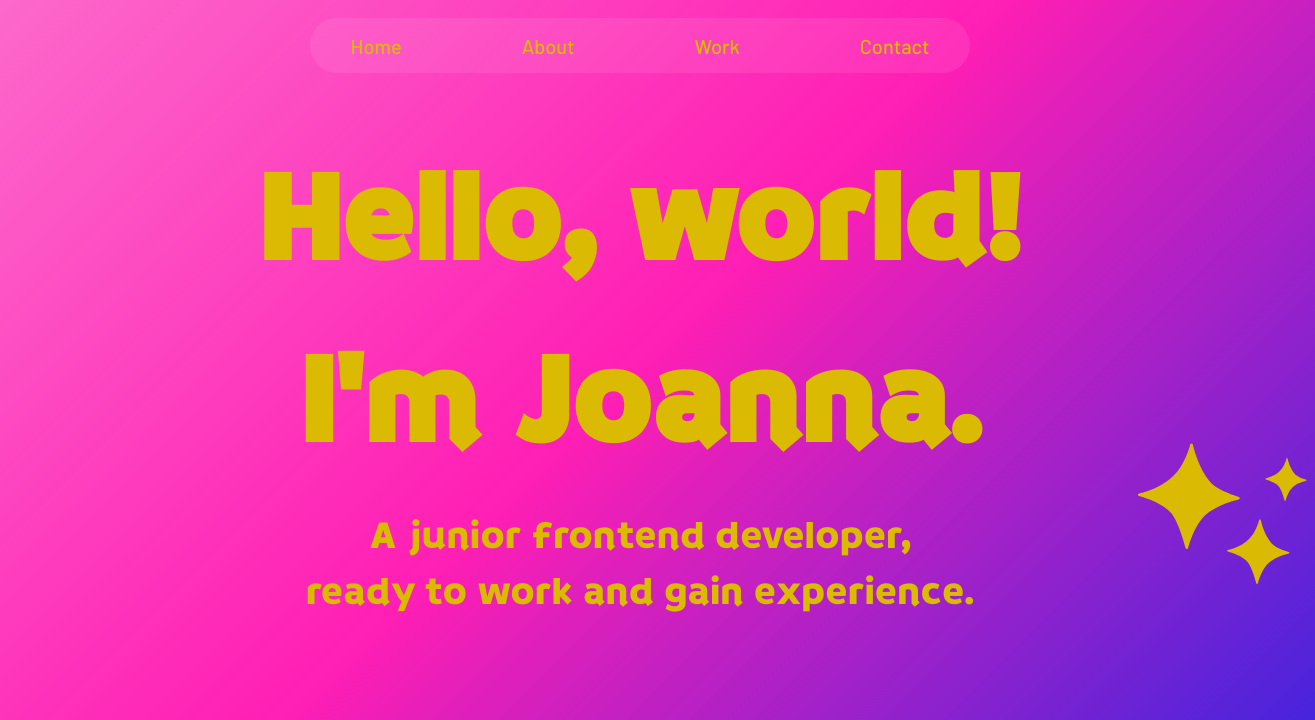
Repository: JJonka/portfolio_site
Page: /
These files come from the project's save history. The page is drawn as it stood at one moment and after the next save; the edit follows.
The browser window is 1280 px wide. The page is 1315 px wide, so the pictures cover 1315 px, including what lies to the right of the window. The pictures show the whole page.
The project was rebuilt for these pictures with package versions that can differ from the ones it lists, and the page was loaded fresh each time. Also part of the build but not shown: vite.config.ts, src/components/EndOfSection.module.scss, src/components/EndOfSection.tsx, src/pages/About.tsx, src/components/LogoIcon.module.scss, src/components/LogoIcon.tsx, src/pages/Contact.tsx, src/pages/Work.module.scss and 1 more.

Above is the page before, as saved 2023-10-08 12:30:21.

### index.html
<!doctype html>
<html lang="en">
  <head>
    <meta charset="UTF-8" />
    <link rel="icon" href="./src/assets/jj_logo.svg">
    <meta name="viewport" content="width=device-width, initial-scale=1.0" />
    <title>Joanna Jurasz - software developer</title>
  </head>
  <body>
    <div id="root"></div>
    <script type="module" src="/src/index.tsx"></script>
  </body>
</html>

### src/index.tsx
import React from 'react';
import ReactDOM from 'react-dom/client';
import App from './App';
import { BrowserRouter } from 'react-router-dom';


const root = ReactDOM.createRoot( document.getElementById('root') as HTMLElement);

root.render(
  <BrowserRouter>
    <App />
  </BrowserRouter>
);

### src/App.tsx
import { Routes, Route } from 'react-router-dom';
import HomePage from './pages/HomePage';
import About from './pages/About';
import Contact from './pages/Contact';
import Work from './pages/Work';
import './App.css'


const App = () => {
    return (
      <div>
      <div className='mainBackground' />
      <div className='layer1' />
      <div className='layer2' />

      <Routes>
        <Route path='/' element={ <HomePage /> } />
        <Route path='/about' element={ <About /> } />
        <Route path='/work' element={ <Work /> } />
        <Route path='/contact' element={ <Contact /> }/>
      </Routes>
      </div>
    )
}

export default App;

### src/pages/HomePage.tsx
import Menu from "../components/Menu";
import styles from "./HomePage.module.scss"

const  HomePage = () => {
    return (
      <div className={styles.card}>

        <div className={styles.container}>
        <Menu></Menu>

          <h1 className={styles.header}>Hello, world!<br />I'm Joanna.</h1>
          <h2 className={styles.introduction}>A junior frontend developer, <br />ready to work and gain experience.</h2>
          <img src="..\src\assets\stars.svg" className={styles.imgBottom}></img>
        </div>
      </div>
    )
}

export default HomePage;

### src/App.css
@font-face {
  font-family: 'Barlow-Light';
  src: url(/fonts/Barlow-Light.ttf);
}

@font-face {
	font-family: 'Barlow-Regular' ;
	src: url(/fonts/Barlow-Regular.ttf);
}

body {
	display: flex;
	flex-direction: column;
    align-items: center;
    font-family: 'Barlow-Light';
	text-align: center;
    padding-left: calc(100vw - 100%);
    --main-color: #daba02;
}

.mainBackground {
    background-image: linear-gradient(135deg, #fc79d0 10%, #ff00aaec 50% , #2719e0 85%);
    animation: slide 8s linear infinite alternate;
    animation-fill-mode: backwards;
    animation-delay: -1s;
    position: fixed;
    top: 0;
    bottom: 0;
    left: -50%;
    right: -50%;
    opacity: 0.95;
    z-index: -1;
}




@keyframes slide {
    0% {
        transform: translateX(-20%);
    }
    100% {
        transform: translateX(5%);
    }

}

### src/components/Menu.tsx
import styles from "./Menu.module.scss";
import  LinkToPage  from "./LinkToPage"

const Menu = () => {

    return (
        <div className={styles.menu}>
            <LinkToPage
                link = {'/'}
                urlTo = {"http://localhost:5173/"}
                linkTitle= {"Home"}
            ></LinkToPage>
            <LinkToPage
                link = {'/about'}
                urlTo = {"http://localhost:5173/about"}
                linkTitle= {"About"}
            ></LinkToPage>
            <LinkToPage
                link = {'/work'}
                urlTo = {"http://localhost:5173/work"}
                linkTitle= {"Work"}
            ></LinkToPage>
            <LinkToPage
                link = {'/contact'}
                urlTo = {"http://localhost:5173/contact"}
                linkTitle= {"Contact"}
            ></LinkToPage>
        </div>
    )
};

export default Menu;

### src/pages/HomePage.module.scss
@font-face {
    font-family: 'BraahOne-Regular';
    src: url(/fonts/BraahOne-Regular.ttf);
}

.header {
    color: var(--main-color);
    font-family: "BraahOne-Regular";
    font-size: 130px;
    margin-bottom: 10px;
    margin-top: 25px;
}

.introduction {
    color: var(--main-color);
    font-family: "BraahOne-Regular";
    font-size: 40px;
    font-weight: 50;
    margin-top: 5px;

}

.imgTop {
    position: absolute;
    top: 20px;
    left: 0;
    max-width: 40%;
    max-height: 40%;
    -webkit-transform: scaleX(-1);
    transform: scaleX(-1);
}

.imgBottom {
    position: absolute;
    bottom: 0;
    right: 0;
    max-width: 30%;
    max-height: 30%;
}

.container {
    display: flex;
    flex-direction: column;
    align-items: center;
    position: relative;
    width: 1350px;
    height: 600px;
}

.card {
    display: flex;
    flex-direction: column;
    align-items: center;
}

### src/pages/About.module.scss
@font-face {
	font-family: 'Barlow-Regular' ;
	src: url(/fonts/Barlow-Regular.ttf);
}

.card {
    display: flex;
    flex-direction: column;
    align-items: center;
}

.header {
    color: var(--main-color);
    font-family: "BraahOne-Regular";
    font-size: 100px;
    margin-bottom: 10px;
    margin-top: 15px;
}

.container {
    justify-content: center;
    display: flex;
    flex-direction: row;
    height: 450px;
    width: 1100px;
    gap: 50px;
    margin-bottom: 10px;
    margin-top: 20px;
}

.image {
    max-width: 90%;
    max-height: 90%;
}

.text {
    height: 400px;
    width: 550px;
    display: flex;
    flex-direction: column;
    align-items: center;
    justify-content: center;
}

.aboutMe {
    font-family: "Barlow-Regular";
    font-size: 20px;
    color:  rgb(3, 54, 121);
    margin: 0;
    padding: 30px;

}

.box {
    background-color: rgba(255, 255, 255, 0.16);
    border-color: var(--main-color);
    border-radius: 50px;
    border-style: solid;
    border-width: 2px;
    text-align: justify;
}

### src/pages/Contact.module.scss
@font-face {
	font-family: 'Barlow-Regular' ;
	src: url(/fonts/Barlow-Regular.ttf);
}
@font-face {
    font-family: 'Barlow-Medium';
    src: url(/fonts/Barlow-Medium.ttf);
}

.card {
    align-items: center;
    display: flex;
    flex-direction: column;
}

.container {
    display: flex;
    flex-direction: column;
    align-items: center;
    height: 500px;
    width: 1100px;
    margin-bottom: 100px;
}

.header {
    color: var(--main-color);
    font-family: "BraahOne-Regular";
    font-size: 70px;
    margin-bottom: 10px;
    margin-top: 30px;

}

.logos {
    display: flex;
    flex-direction: row;
    gap: 250px;
    margin-top: 50px;
    margin-bottom: 120px;
    justify-content: center;
    width: 1000px;
}

a {
    text-decoration: none;
}

### src/components/Menu.module.scss
@font-face {
    font-family: 'Barlow-Medium';
    src: url(/fonts/Barlow-Medium.ttf);
}


.menu {
    border-radius: 50px;
    font-family: 'Barlow-Medium';
    font-size: 20px;
    margin-top: 10px;
    margin-bottom: 30px;
    width: 620px;
    height: 15px;
    padding: 20px;
    display: flex;
    flex-direction: row;
    align-items: center;
    justify-content: center;
    column-gap: 30px;
    background-color:rgba(255, 255, 255, 0.083);;

}

### src/components/LinkToPage.tsx
import { Link } from "react-router-dom";
import styles from "./LinkToPage.module.scss"

interface LinkTo  {
    link: string
    urlTo: string
    linkTitle: string
}

const LinkToPage = (props: LinkTo) => {
    return (
        <div>
            <Link to={props.link} className={document.URL == props.urlTo ? styles.active : styles.link}>{props.linkTitle} </Link>
        </div>
    )
}

export default LinkToPage

### src/components/LinkToPage.module.scss
.link {
    text-decoration: none;
    color: var(--main-color);
    margin: 10px 25px;
    padding: 5px 20px;
}

.link:hover {
    margin: 10px 25px;
    padding: 5px 20px;
    background-color: rgba(255, 255, 255, 0.259);
    border-radius: 50px;
    transition: background-color 1s;
}

.active {
    text-decoration: none;
    color: var(--main-color);
    margin: 10px 25px;
    padding: 5px 20px;
    background-color: rgba(255, 255, 255, 0.259);
    border-radius: 50px;
}

After the next save:
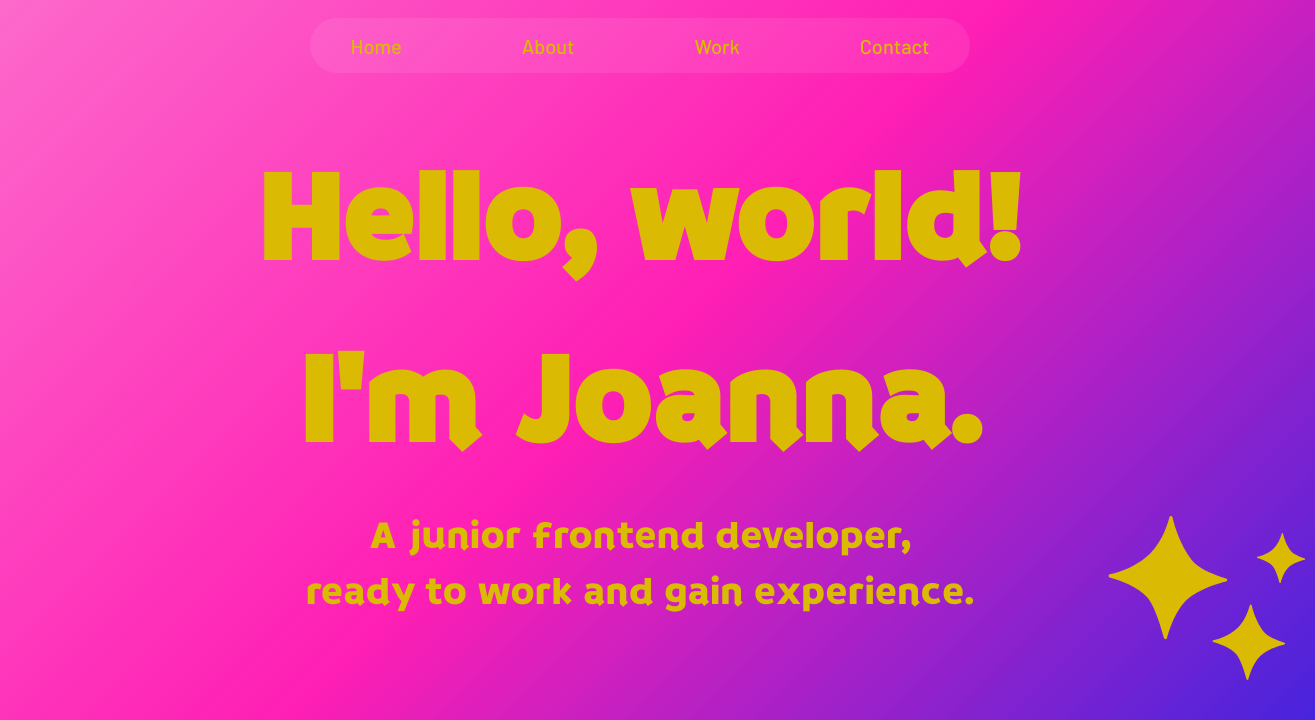
Saved 9 s later.
--- a/src/pages/HomePage.module.scss
+++ b/src/pages/HomePage.module.scss
@@ -44,7 +44,7 @@
     align-items: center;
     position: relative;
     width: 1350px;
-    height: 600px;
+    height: 700px;
 }
 
 .card {
